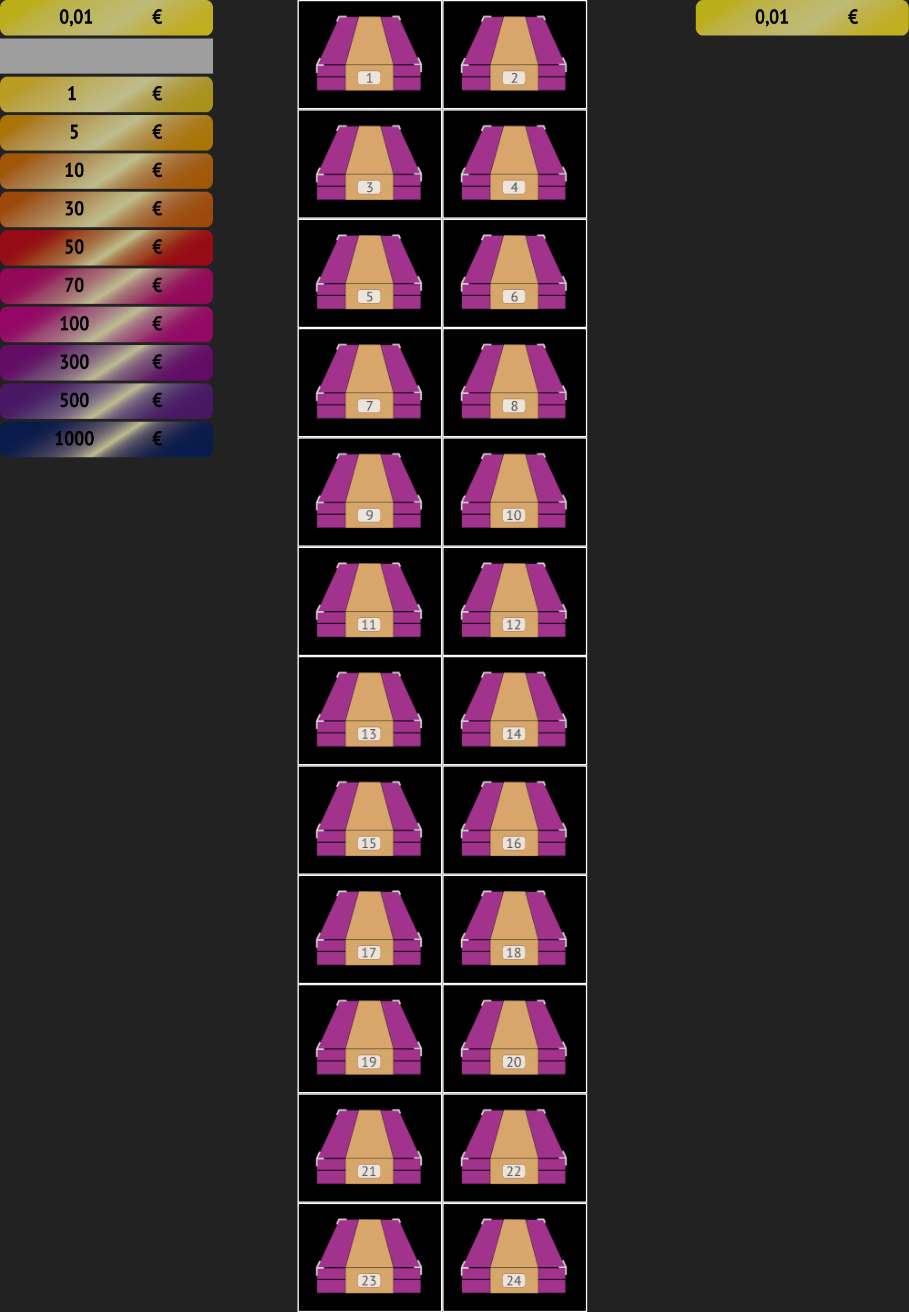
Repository: elnacp/Deal_or_no_deal
Page: DealOrNoDeal/index.html
These files come from the project's save history. The page is drawn as it stood at one moment and after the next save; the edit follows.
The browser window is 1280 px wide. The pictures show the whole page, at 71% of full size.
Pictures or frames that could not be fetched are drawn as grey boxes. Some web libraries are served in a nearby version.

Above is the page before, as saved 2017-11-25 23:37:03.

### DealOrNoDeal/index.html
<!DOCTYPE html>
<html>
<head>
    <meta charset="utf-8" />
    <meta name="viewport" content="width=device-width, initial-scale=1.0, maximum-scale=1.0">
    <meta name="description" content="Tizen TV basic template generated by Samsung TV Web IDE"/>

    <title>Tizen TV Web IDE - Tizen TV - Tizen TV basic Application</title>

	<!-- jQuery library -->
	<script src="https://ajax.googleapis.com/ajax/libs/jquery/3.1.1/jquery.min.js"></script>

    <link rel="stylesheet" type="text/css" href="css/style.css"/>
    <script src="js/main.js"></script>
</head>

<body>
	<div id="container">
		<div id = "left">
			<input type="image"  id ="prizes" src="./img/prizes/0,01.png"   />
			<input type="image"  id ="prizes" src="./img/prizes/0,05.png"   />
			<input type="image"  id ="prizes" src="./img/prizes/1.png"  	/>
			<input type="image"  id ="prizes" src="./img/prizes/5.png"  	/>
			<input type="image"  id ="prizes" src="./img/prizes/10.png"     />
			<input type="image"  id ="prizes" src="./img/prizes/30.png"     />
			<input type="image"  id ="prizes" src="./img/prizes/50.png"     />
			<input type="image"  id ="prizes" src="./img/prizes/70.png"     />
			<input type="image"  id ="prizes" src="./img/prizes/100.png"    />
			<input type="image"  id ="prizes" src="./img/prizes/300.png"    />
			<input type="image"  id ="prizes" src="./img/prizes/500.png"    />
			<input type="image"  id ="prizes" src="./img/prizes/1000.png"    />

		</div>
		<div id="central">
			<div id="chests">
				<input type="image"  id ="image" src="./img/chests/1.png"  />
				<input type="image"  id ="image" src="./img/chests/2.png"  />
				<input type="image"  id ="image" src="./img/chests/3.png"  />
				<input type="image"  id ="image" src="./img/chests/4.png"  />
				<input type="image"  id ="image" src="./img/chests/5.png"  />
				<input type="image"  id ="image" src="./img/chests/6.png"  />
			</div>
			<div id="chests">
				<input type="image"  id ="image" src="./img/chests/7.png"   />
				<input type="image"  id ="image" src="./img/chests/8.png"   />
				<input type="image"  id ="image" src="./img/chests/9.png"   />
				<input type="image"  id ="image" src="./img/chests/10.png"  />
				<input type="image"  id ="image" src="./img/chests/11.png"  />
				<input type="image"  id ="image" src="./img/chests/12.png"  />
			</div>
			<div id="chests">
				<input type="image"  id ="image" src="./img/chests/13.png"  />
				<input type="image"  id ="image" src="./img/chests/14.png"  />
				<input type="image"  id ="image" src="./img/chests/15.png"  />
				<input type="image"  id ="image" src="./img/chests/16.png"  />
				<input type="image"  id ="image" src="./img/chests/17.png"  />
				<input type="image"  id ="image" src="./img/chests/18.png"  />
			</div>
			<div id="chests">
				<input type="image"  id ="image" src="./img/chests/19.png"  />
				<input type="image"  id ="image" src="./img/chests/20.png"  />
				<input type="image"  id ="image" src="./img/chests/21.png"  />
				<input type="image"  id ="image" src="./img/chests/22.png"  />
				<input type="image"  id ="image" src="./img/chests/23.png"  />
				<input type="image"  id ="image" src="./img/chests/24.png"  />
			</div>
		</div>
		<div id = "right">
			<input type="image"  id ="prizes" src="./img/prizes/0,01.png"  />
		</div>
	</div>

</body>

</html>

### DealOrNoDeal/css/style.css
* {
    font-family: Verdana, Lucida Sans, Arial, Helvetica, sans-serif;
}

body {
    margin: 0px auto;
    background-color:#222;
}

/*.contents {
	display: flex;
	display: -webkit-flex;
	box-sizing: border-box;
	-webkit-box-sizing: border-box;
	height:320px;
}


.content_text {
	font-weight:bold;
	font-size:5em;
	color:#fff;
}*/

#container {
  	display: flex;

  	justify-content: space-between; /* Equal margin between the child elements */
}



#prizes{
	width: 300px;
	height:50px;
}

#image{
	width:200px;
	height:150px;
	float:left;
	border: 2px solid white;
}

#chests{
	float:left;
}

### DealOrNoDeal/js/main.js

window.onload = function () {
    // TODO:: Do your initialization job

    // add eventListener for tizenhwkey
    document.addEventListener('tizenhwkey', function(e) {
        if(e.keyName == "back")
	try {
	    tizen.application.getCurrentApplication().exit();
	} catch (ignore) {
	}
    });



    // Sample code
    /*var textbox = document.querySelector('.contents');
    textbox.addEventListener("click", function(){
    	box = document.querySelector('#textbox');
    	box.innerHTML = box.innerHTML == "Basic" ? "Funciona" : "Basic";
    }); */


};

After the next save:
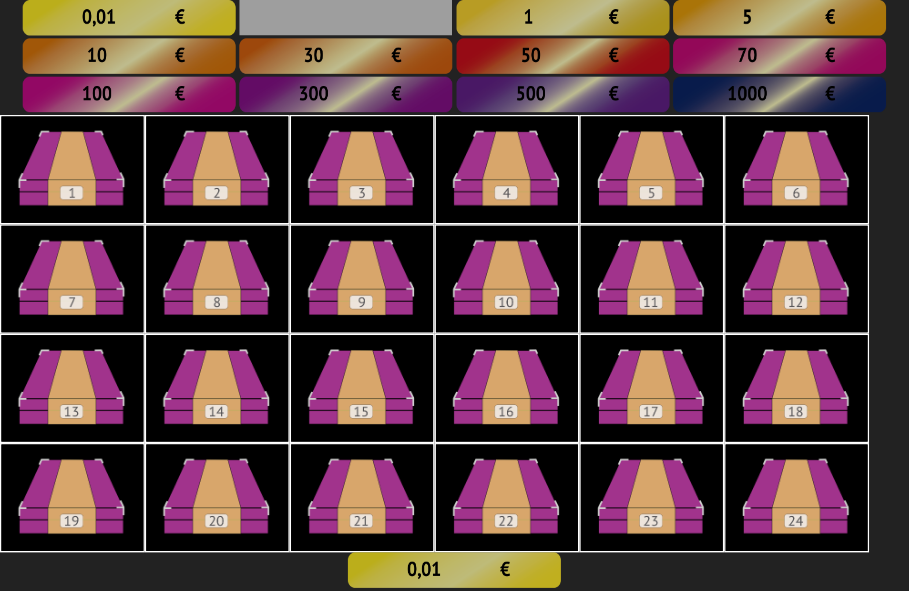
Saved 35 s later.
--- a/DealOrNoDeal/css/style.css
+++ b/DealOrNoDeal/css/style.css
@@ -23,9 +23,7 @@ body {
 }*/
 
 #container {
-  	display: flex;
-
-  	justify-content: space-between; /* Equal margin between the child elements */
+  	text-align:center;
 }
 
 
